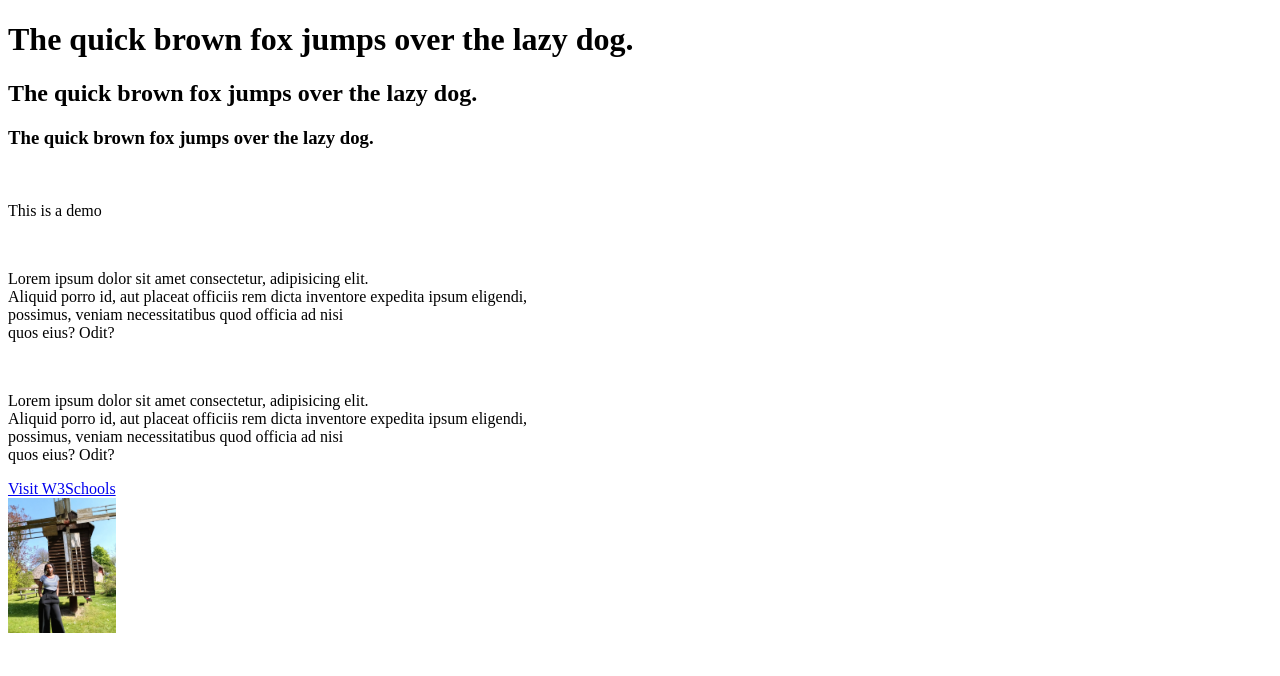
Repository: PhilipMuturi/website
Page: website/index.html
The author's editor kept a copy of each file at every save. The page is drawn from the files as they stood at one save, then again after the next save.
The browser window is 1280 px wide. The pictures show the whole page.

Above is the page before, as saved 2023-11-29 14:26:59.

After the next save:
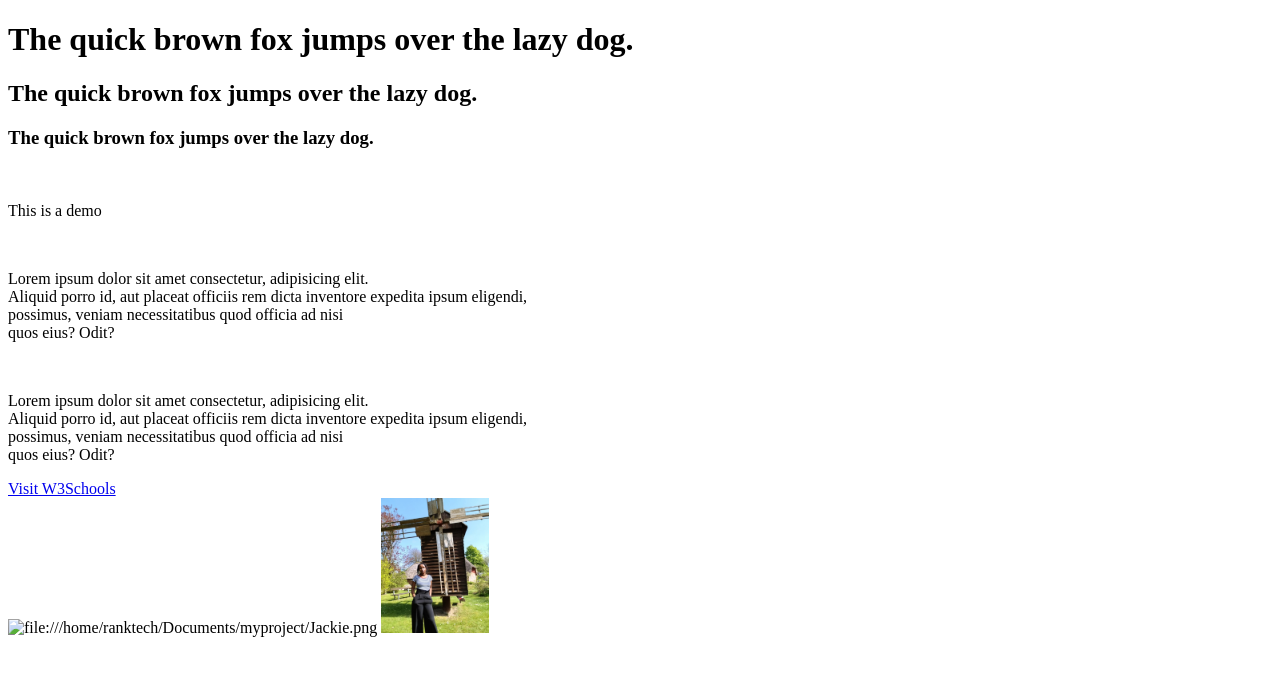
Saved 117 s later.
--- a/website/index.html
+++ b/website/index.html
@@ -30,7 +30,7 @@
 
              <a href="https://www.w3schools.com">Visit W3Schools</a>
              <br>
-
+             <img src="file:///home/ranktech/Documents/myproject/Jackie.png" alt="file:///home/ranktech/Documents/myproject/Jackie.png" width="429" height="537" class="shrinkToFit">
              <img src="Jackie.jpg" height="135" width="108">
     </body>
 </html>
